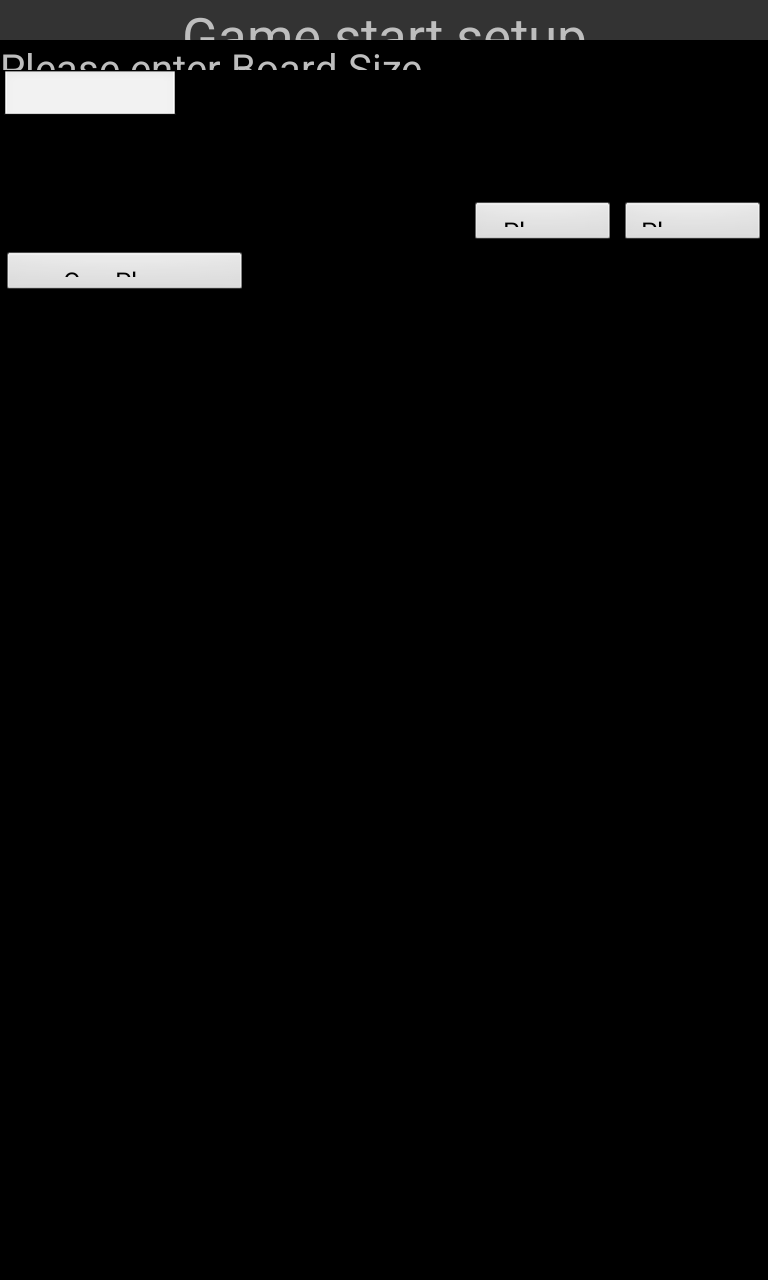
Repository: gulingithub/WeiChi
Layout: GoAndroid/res/layout/welcome.xml
An editor plug-in stored every save of this project. The layout is shown before and after the next save, followed by the edit.
It is drawn on a 768 x 1280 px phone screen (xhdpi) without system bars, with theme android:Theme; the app's code is not run.

Above is the layout before, as saved 2009-12-16 19:12:59.

### GoAndroid/res/layout/welcome.xml
<?xml version="1.0" encoding="utf-8"?>
<RelativeLayout
android:id="@+id/widget28"
android:layout_width="fill_parent"
android:layout_height="fill_parent"
xmlns:android="http://schemas.android.com/apk/res/android"
>

<LinearLayout
android:id="@+id/linearlayout"
android:layout_width="fill_parent"
android:layout_height="200px"

android:orientation="vertical"
android:layout_alignParentTop="true"
android:layout_alignParentLeft="true"
>
<TextView
android:id="@+id/textview"
android:layout_width="fill_parent"
android:background="#ff333333"
android:text="Game start setup"
android:textSize="12pt"
android:gravity="center"
android:layout_gravity="center_vertical"
android:layout_height="40px">
</TextView>
<TextView
android:id="@+id/board"
android:layout_width="fill_parent"
android:layout_height="30px"
android:text="Please enter Board Size"
android:textSize="9pt"

android:gravity="left"
>
</TextView>
<EditText
android:id="@+id/boardsize"
android:layout_width="180px"
android:layout_height="50px"
android:textSize="18sp"
>
</EditText>
</LinearLayout>
<Button
android:id="@+id/computer"
android:layout_width="150px"
android:layout_height="50px"
android:text="Player vs Computer"
android:textSize="13sp"
android:layout_below="@+id/linearlayout"
android:layout_alignRight="@+id/linearlayout"
>
</Button>
<Button
android:id="@+id/player"
android:layout_width="150px"
android:layout_height="50px"
android:text="Play vs Player"
android:textSize="13sp"
android:gravity="center"
android:layout_below="@+id/linearlayout"
android:layout_toLeftOf="@+id/computer"



>
</Button>

<Button
android:id="@+id/oneplayer"
android:layout_width="250px"
android:layout_height="50px"
android:text="One Player"
android:textSize="13sp"
android:gravity="center"

android:layout_below="@+id/player"

>
</Button>

</RelativeLayout>

After the next save:
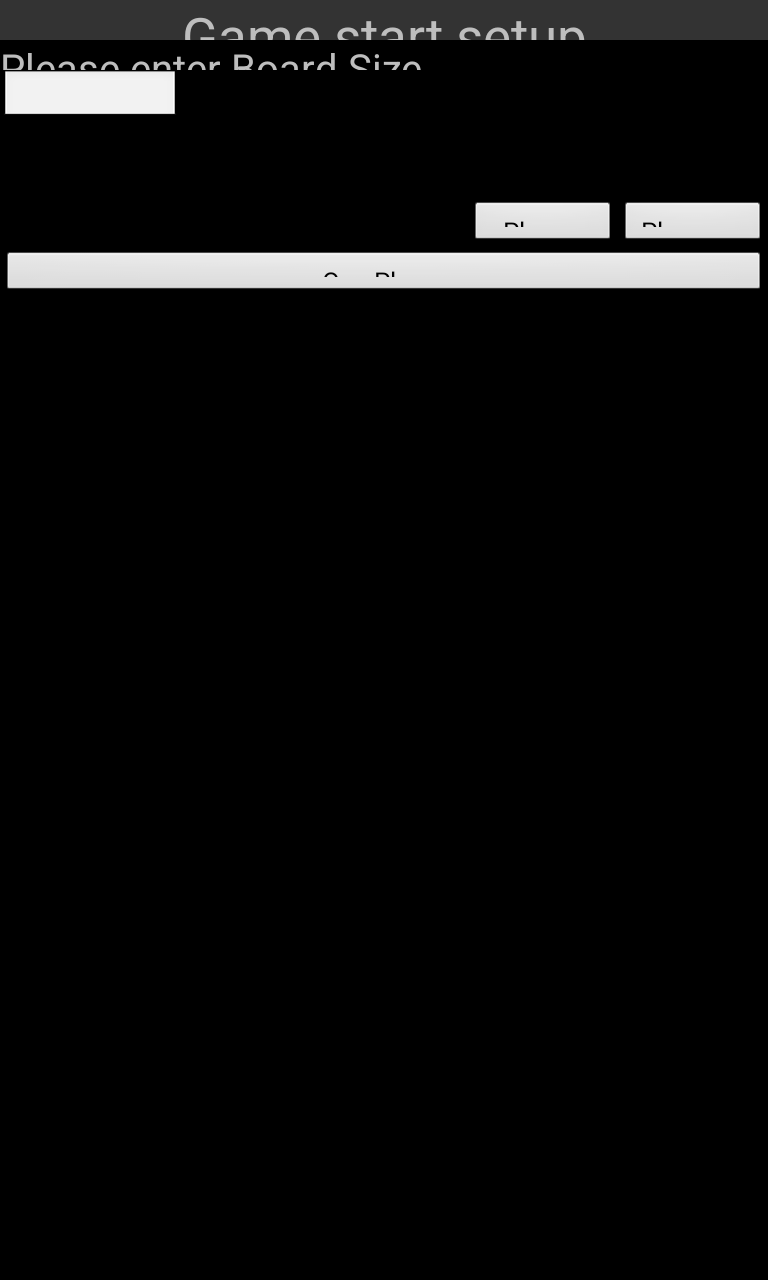
Saved 79 s later.
--- a/GoAndroid/res/layout/welcome.xml
+++ b/GoAndroid/res/layout/welcome.xml
@@ -70,7 +70,7 @@ android:layout_toLeftOf="@+id/computer"
 
 <Button
 android:id="@+id/oneplayer"
-android:layout_width="250px"
+android:layout_width="fill_parent"
 android:layout_height="50px"
 android:text="One Player"
 android:textSize="13sp"
